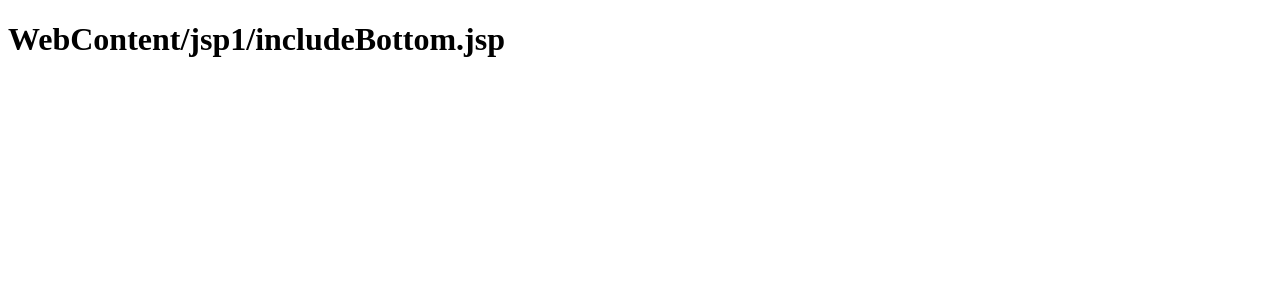
Repository: ReadStar/workspace_jsp
Page: http://localhost/StudyJSP/jsp1/includeBottom.jsp
The author's editor kept a copy of each file at every save. The page is drawn from the files as they stood at one save, then again after the next save.
The browser window is 1280 px wide. The pictures show the whole page.
The page is served by Tomcat 9. Other server files are loaded and not shown.

Above is the page before, as saved 2020-08-13 02:44:16.

### StudyJSP/WebContent/jsp1/includeBottom.jsp
<%@ page language="java" contentType="text/html; charset=UTF-8"
    pageEncoding="UTF-8"%>
<!DOCTYPE html>
<html>
<head>
<meta charset="UTF-8">
<title>Insert title here</title>
</head>
<body>
<h1>WebContent/jsp1/includeBottom.jsp</h1>

</body>
</html>

After the next save:
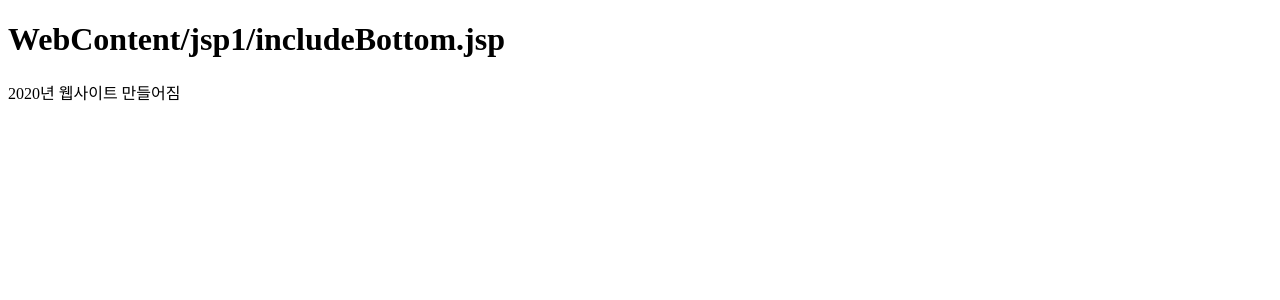
Saved 7 s later.
--- a/StudyJSP/WebContent/jsp1/includeBottom.jsp
+++ b/StudyJSP/WebContent/jsp1/includeBottom.jsp
@@ -8,6 +8,6 @@
 </head>
 <body>
 <h1>WebContent/jsp1/includeBottom.jsp</h1>
-
+2020년 웹사이트 만들어짐
 </body>
 </html>
